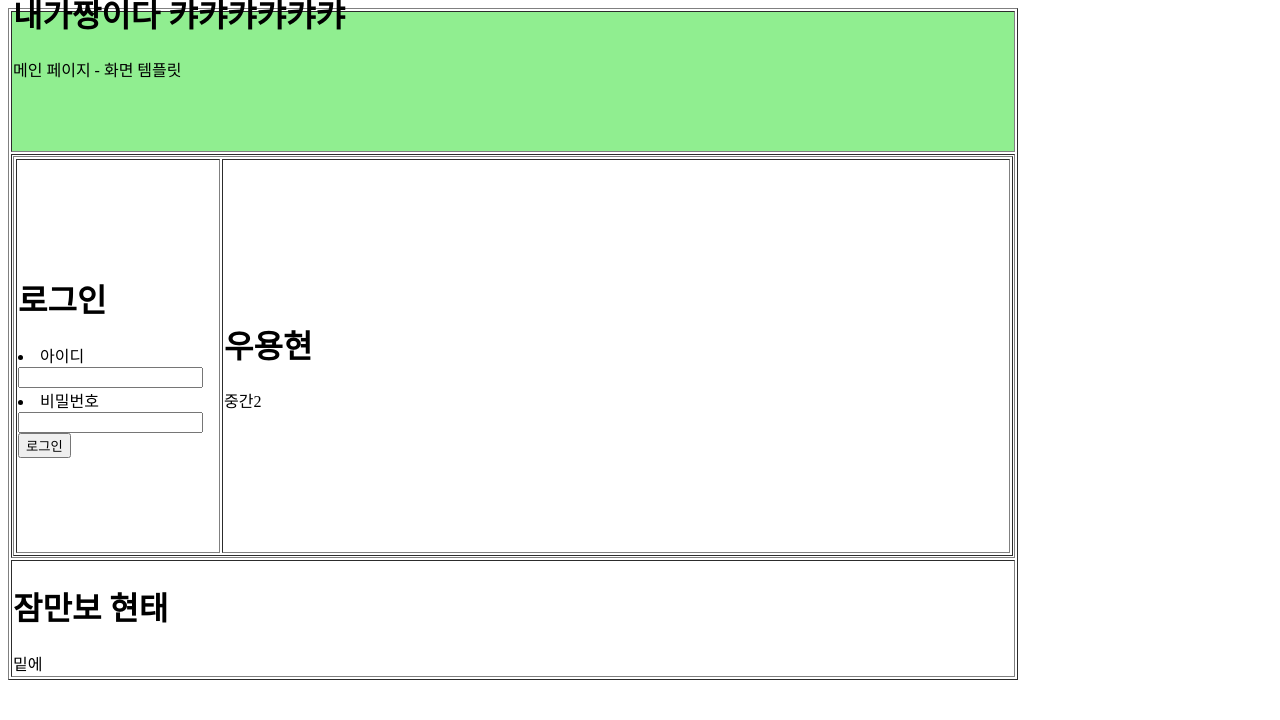
Repository: ikobean/ikoebean
Page: http://localhost/dev_jsp/ch07/index.jsp
These files come from the project's save history. The page is drawn as it stood at one moment and after the next save; the edit follows.
The browser window is 1280 px wide. The pictures show the whole page.
The page is served by Tomcat 9.

Above is the page before, as saved 2019-07-17 02:14:50.

After the next save:
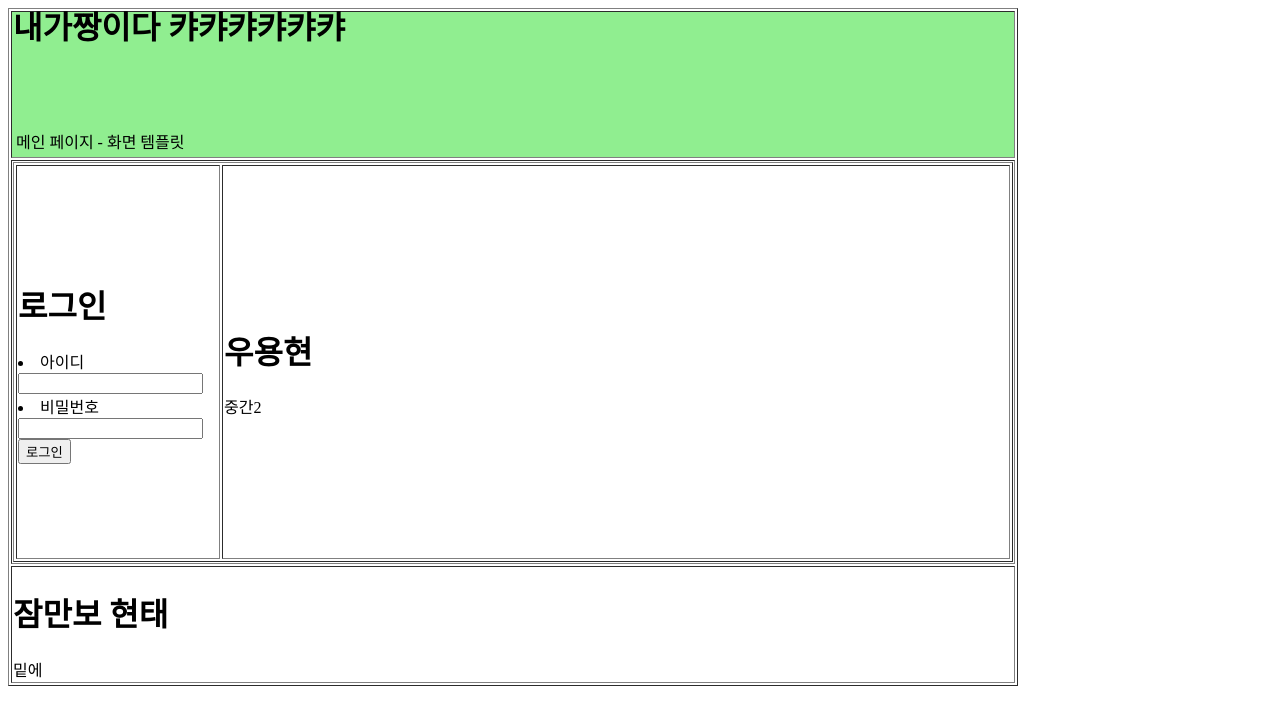
Saved 15 s later.
--- a/workspace_jsp/dev_jsp/WebContent/ch07/top.jsp
+++ b/workspace_jsp/dev_jsp/WebContent/ch07/top.jsp
@@ -9,7 +9,11 @@
 <body>
 <h1>내가짱이다 캬캬캬캬캬캬</h1>
 <table width="100%" height="100%">
-	<tr>메인 페이지 - 화면 템플릿</tr>
+	<tr>
+		<td>
+	메인 페이지 - 화면 템플릿
+		</td>
+	</tr>
 </table>
 </body>
 </html>
